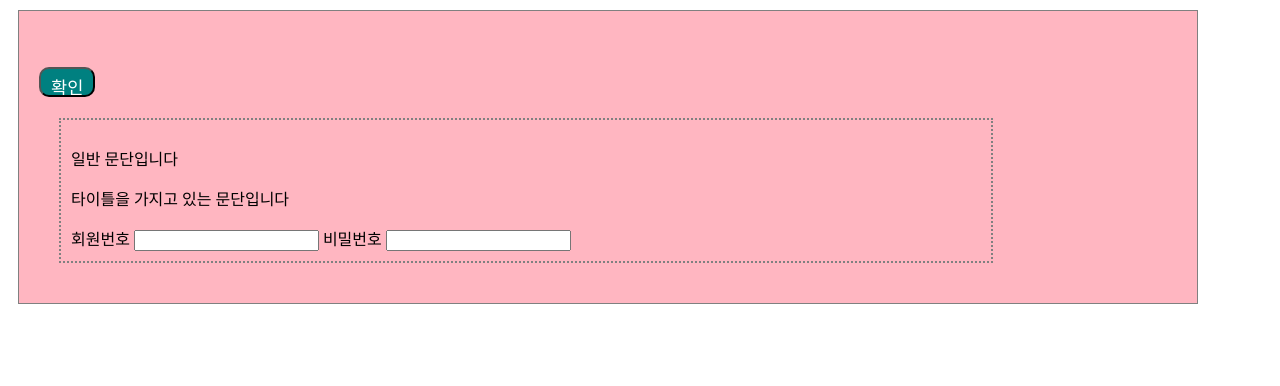
Repository: jeje0130/html
Page: jqpro/WebContent/0125/속성선택자.html
The author's editor kept a copy of each file at every save. The page is drawn from the files as they stood at one save, then again after the next save.
The browser window is 1280 px wide. The pictures show the whole page.

Above is the page before, as saved 2021-01-25 02:31:04.
Console error: SyntaxError: missing ) after argument list

After the next save:
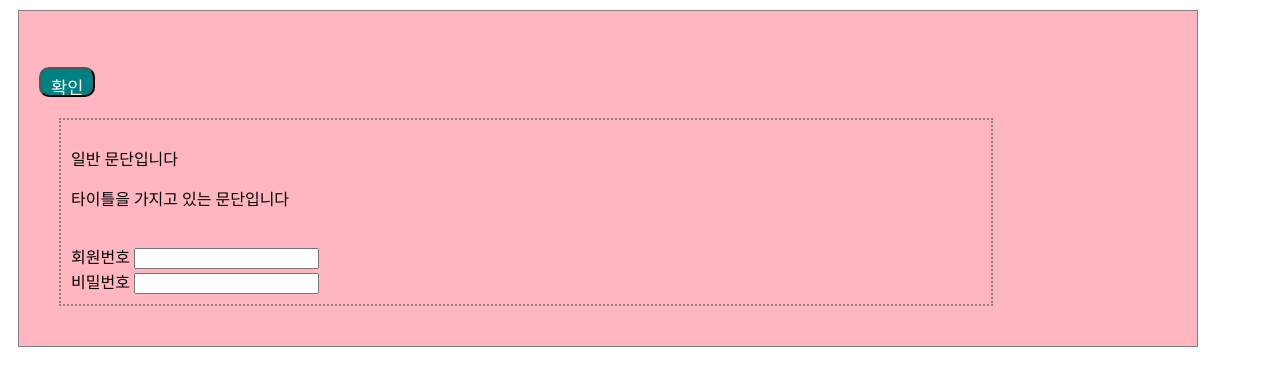
Saved 18 s later.
--- a/jqpro/WebContent/0125/속성선택자.html
+++ b/jqpro/WebContent/0125/속성선택자.html
@@ -17,7 +17,7 @@ $(function () {
 </head>
 <body>
 
-<div class="box">
+<div class="box box1">
 
  <br><br>
 
@@ -25,9 +25,9 @@ $(function () {
 
 <div id="result1">
 	<p> 일반 문단입니다 </p>
-  	<p title="툴팁으로 보입니다"> 타이틀을 가지고 있는 문단입니다 </p>
-  	회원번호 <input type="text">
-  	비밀번호 <input type="password">
+  	<p title="툴팁으로 보입니다"> 타이틀을 가지고 있는 문단입니다 </p> <br>
+  	회원번호 <input type="text">  <br>
+  	비밀번호 <input type="password"> <br>
 </div>
 </div>
 </body>
